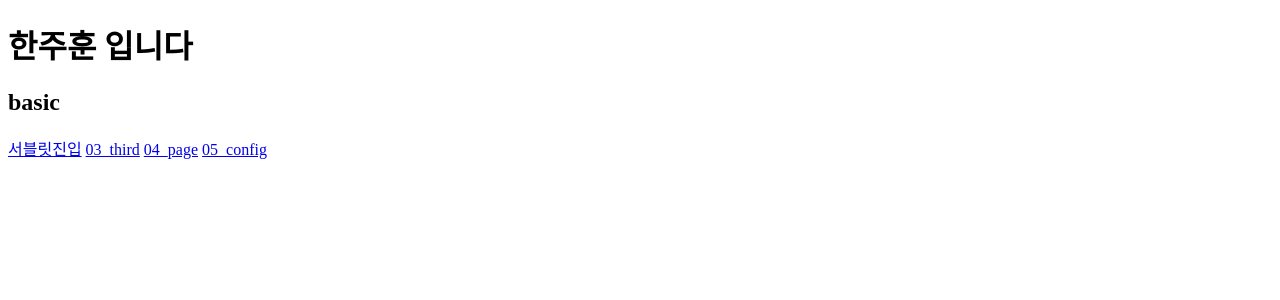
Repository: hjh5217/newJSP
Page: http://localhost/jspProj/
The author's editor kept a copy of each file at every save. The page is drawn from the files as they stood at one save, then again after the next save.
The browser window is 1280 px wide. The pictures show the whole page.
The page is served by Tomcat 9. Nobody is signed in. The application's start-up code is not run.

Above is the page before, as saved 2023-07-25 08:54:27.

After the next save:
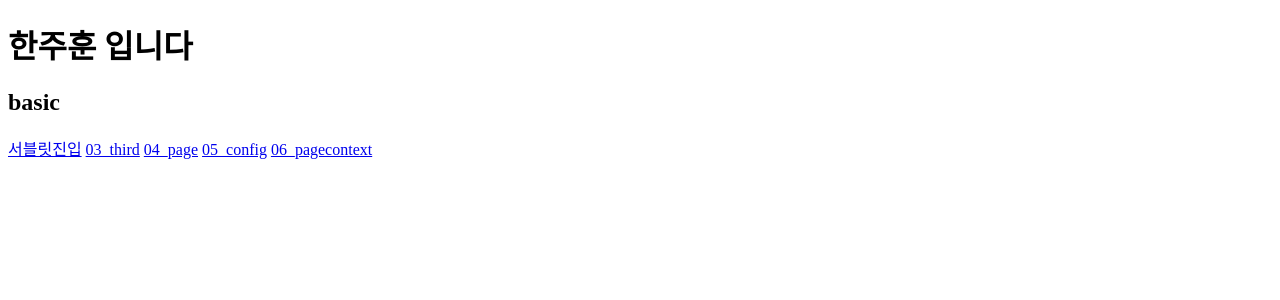
Saved 17 s later.
--- a/jspProj/src/main/webapp/index.jsp
+++ b/jspProj/src/main/webapp/index.jsp
@@ -13,5 +13,6 @@
 	<a href="basic/03_third.jsp">03_third</a>
 	<a href="basic/04_page.jsp">04_page</a>
 	<a href="basic/05_config.jsp">05_config</a>
+	<a href="basic/06_pagecontext.jsp">06_pagecontext</a>
 </body>
 </html>
